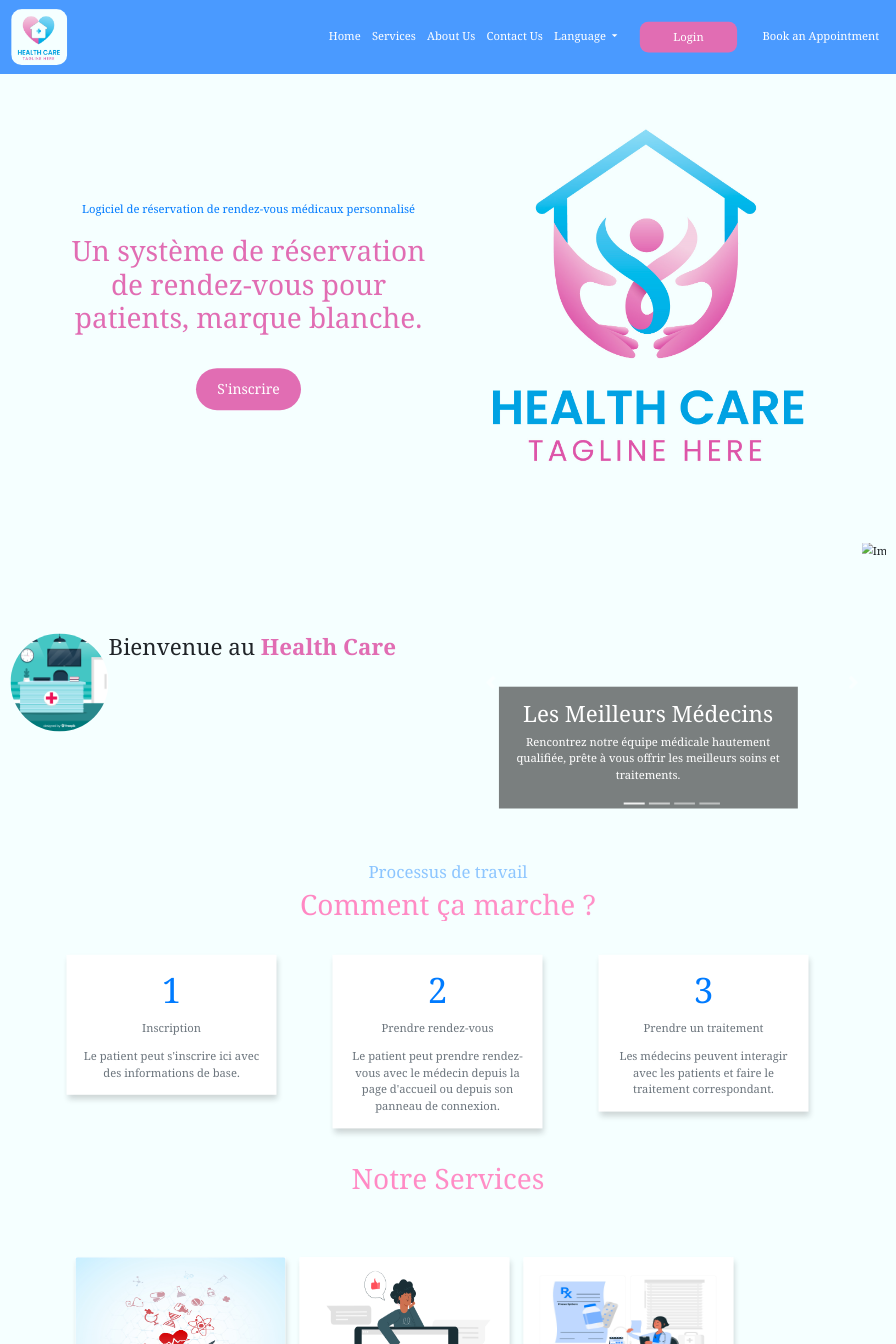
Repository: SalmaElhaou/Scrum-Project
Page: http://localhost/
The author's editor kept a copy of each file at every save. The page is drawn from the files as they stood at one save, then again after a run of saves.
The browser window is 1280 px wide. The pictures show the part of the page from y = 0 to 1920 px (the page is 3188 px tall), at 70% of full size.
Some web libraries are served in a nearby version. The page is served by the project's Laravel application, run on PHP 8.4 with Laravel 10.

Above is the page before, as saved 2025-02-01 21:09:19.

After the next 2 saves:
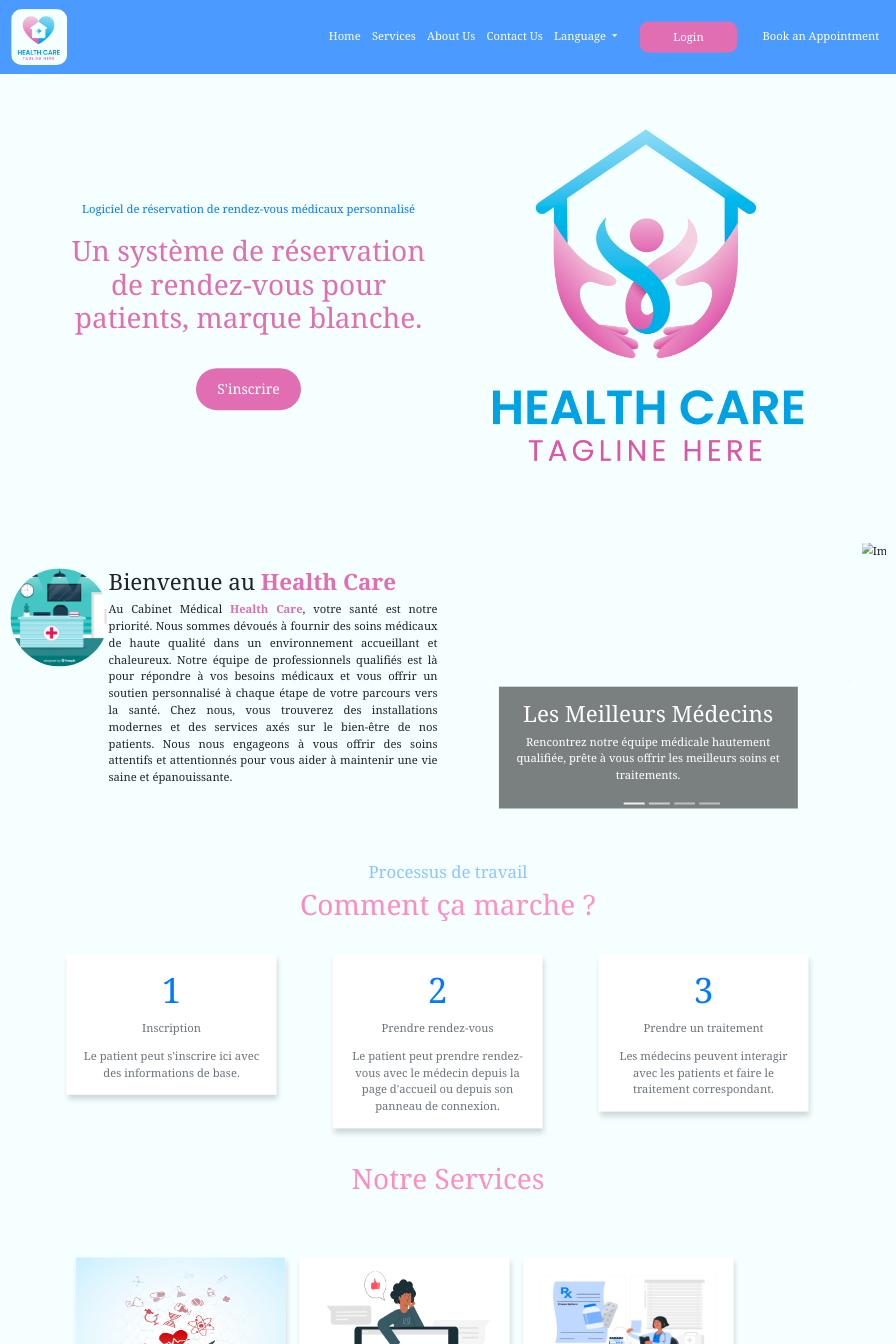
The 2 saves are shown as one change because they came seconds apart.
The last was saved 14 s later.
--- a/resources/views/welcome.blade.php
+++ b/resources/views/welcome.blade.php
@@ -400,7 +400,12 @@
           <!-- Contenu de la description de l'hôpital -->
           <div>
             <h2 style="font-family:  Georgia, serif;">Bienvenue au <span class="font-weight-bold" style="color:#e16db3;">Health Care</span></h2>
-            <p></p>
+            <p style="font-family:  Georgia, serif; text-align: justify;">Au Cabinet Médical <span class="font-weight-bold" style="color:#e16db3;"></h4>Health Care</h4></span>,
+              votre santé est notre priorité. Nous sommes dévoués à fournir des soins médicaux de haute qualité dans un environnement
+              accueillant et chaleureux. Notre équipe de professionnels qualifiés est là pour répondre à vos besoins médicaux et vous
+              offrir un soutien personnalisé à chaque étape de votre parcours vers la santé. Chez nous, vous trouverez des installations
+              modernes et des services axés sur le bien-être de nos patients. Nous nous engageons à vous offrir des soins attentifs et attentionnés
+              pour vous aider à maintenir une vie saine et épanouissante.</p>
           </div>
         </div>
       </div>
